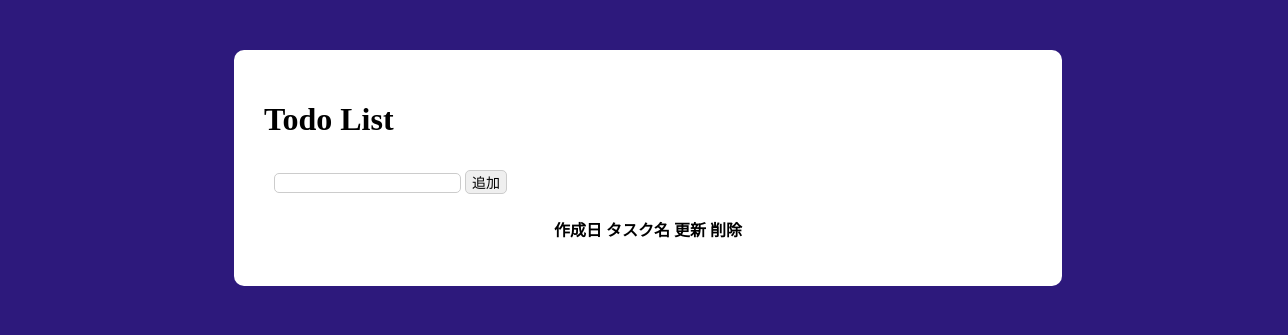
Repository: oninopantsu/20210529onoma
Page: http://localhost/todo/update
An editor plug-in stored every save of this project. The page is shown before and after a run of saves, followed by the edit.
The browser window is 1280 px wide. The page is 1288 px wide, so the pictures cover 1288 px, including what lies to the right of the window. The pictures show the whole page.
The page is served by the project's Laravel application, run on PHP 8.4 with Laravel 8. Queries for data that is not in the repository find no rows.

Above is the page before, as saved 2021-06-05 16:43:10.

After the next 4 saves:
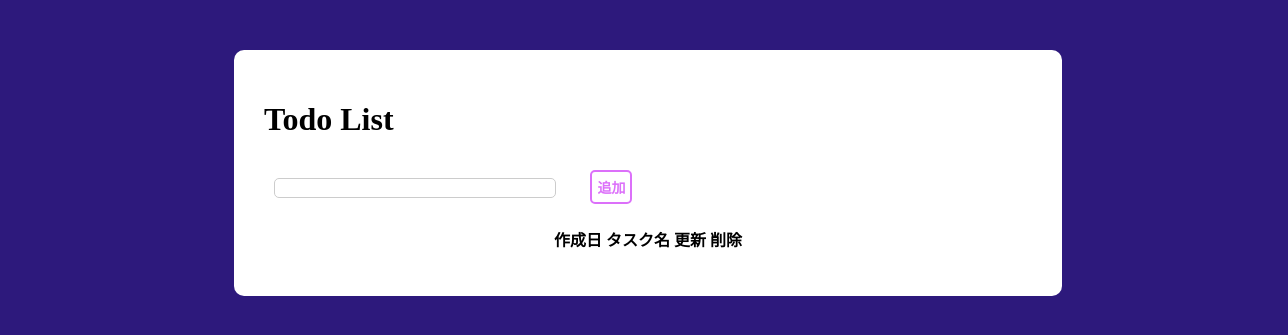
The 4 saves are shown as one change because they came seconds apart.
The last was saved 10 s later.
--- a/resources/views/index.blade.php
+++ b/resources/views/index.blade.php
@@ -41,7 +41,9 @@
       width: 60%;
       padding: 10px;
     }
-    .
+    .list{
+      width: 60%;
+    }
 
     .submit {
       color: #dc70fa;
